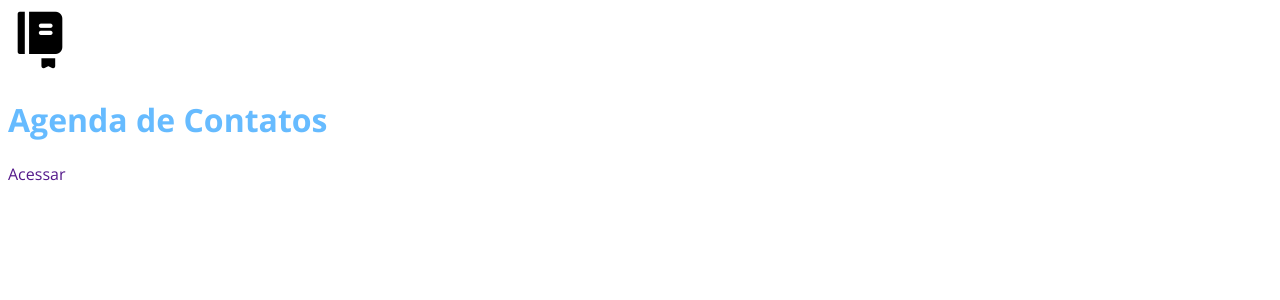
Repository: evanalves/Agenda-JDBC
Page: http://localhost/agenda/
An editor plug-in stored every save of this project. The page is shown before and after the next save, followed by the edit.
The browser window is 1280 px wide. The pictures show the whole page.
The page is served by Tomcat 10.

Above is the page before, as saved 2023-08-18 02:13:44.

After the next save:
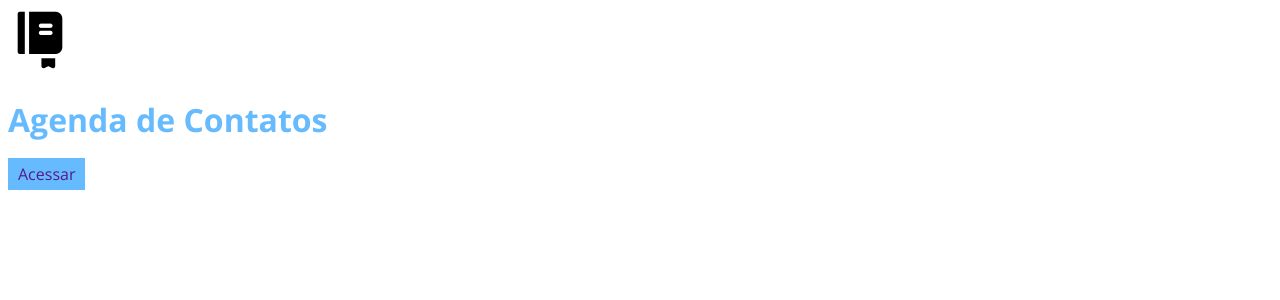
Saved 61 s later.
--- a/agenda/src/main/webapp/style.css
+++ b/agenda/src/main/webapp/style.css
@@ -15,6 +15,6 @@ h1{
 
 .botao1{
 	text-decoration: none;
-	/*color: red;*/
-
+	background-color: #66bbff;
+	padding: 5px 10px 5px;
 }
